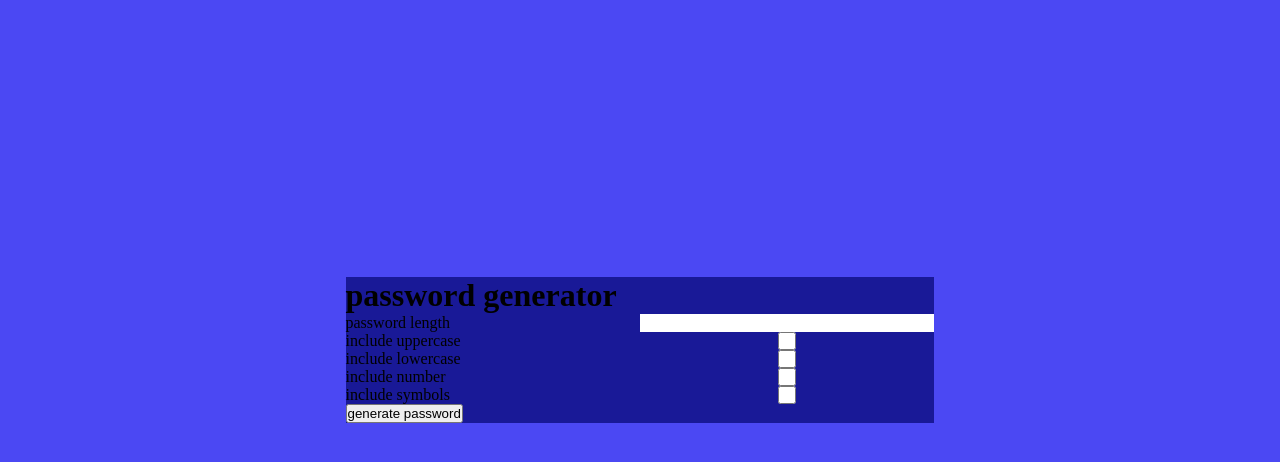
Repository: Eugene44-hub/password-generator
Page: index.html
The author's editor kept a copy of each file at every save. The page is drawn from the files as they stood at one save, then again after the next save.
The browser window is 1280 px wide. The pictures show the whole page.

Above is the page before, as saved 2021-09-23 10:30:15.

After the next save:
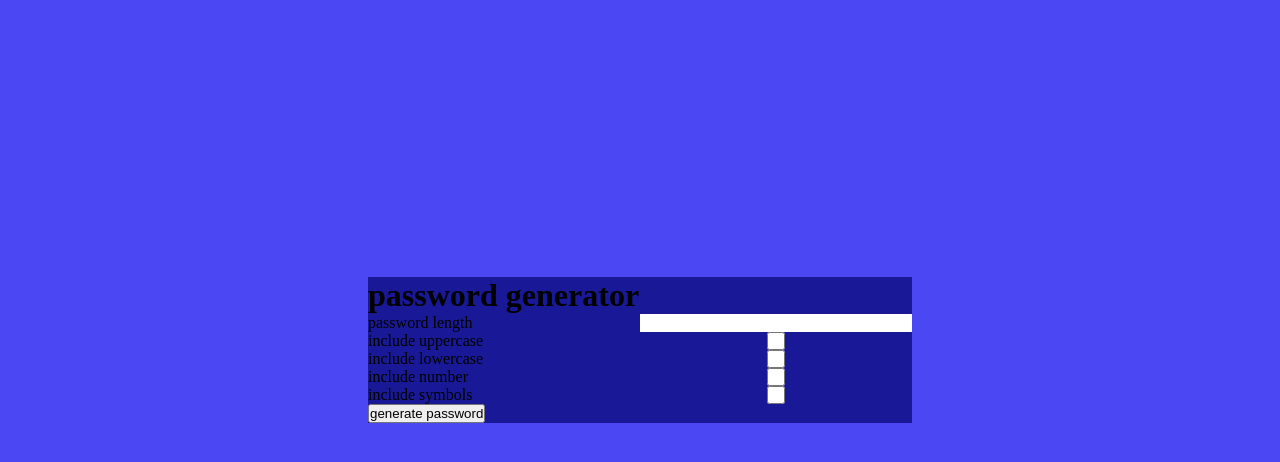
Saved 5 s later.
--- a/style.css
+++ b/style.css
@@ -32,5 +32,5 @@ p {
 }
 
 input {
-    width: 10px;
+    width: 1px;
 }
